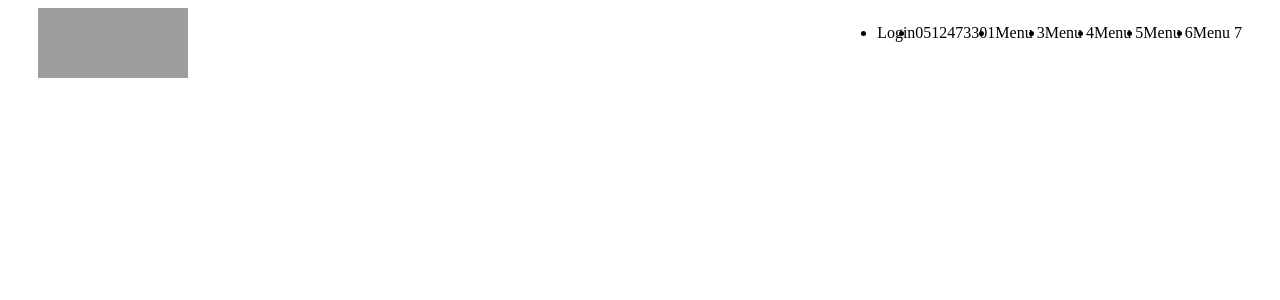
Repository: syedali042/quadacts-cucurico
Page: index.html
The author's editor kept a copy of each file at every save. The page is drawn from the files as they stood at one save, then again after the next save.
The browser window is 1280 px wide. The pictures show the whole page.
Pictures or frames that could not be fetched are drawn as grey boxes.

Above is the page before, as saved 2021-10-03 21:02:22.

After the next save:
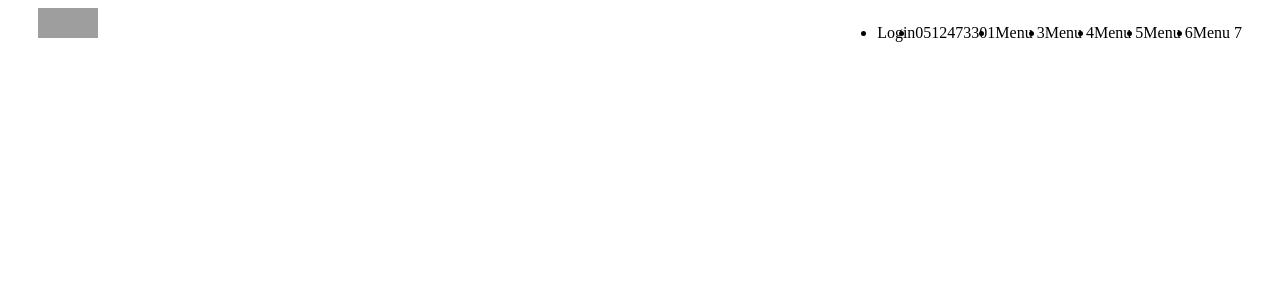
Saved 45 s later.
--- a/index.css
+++ b/index.css
@@ -11,8 +11,8 @@
     width:30%;
 }
 .logo{
-    width: 150px;
-    height: 70px;
+    width: 60px;
+    height: 30px;
 }
 .menu-container{
     width: 70%;
